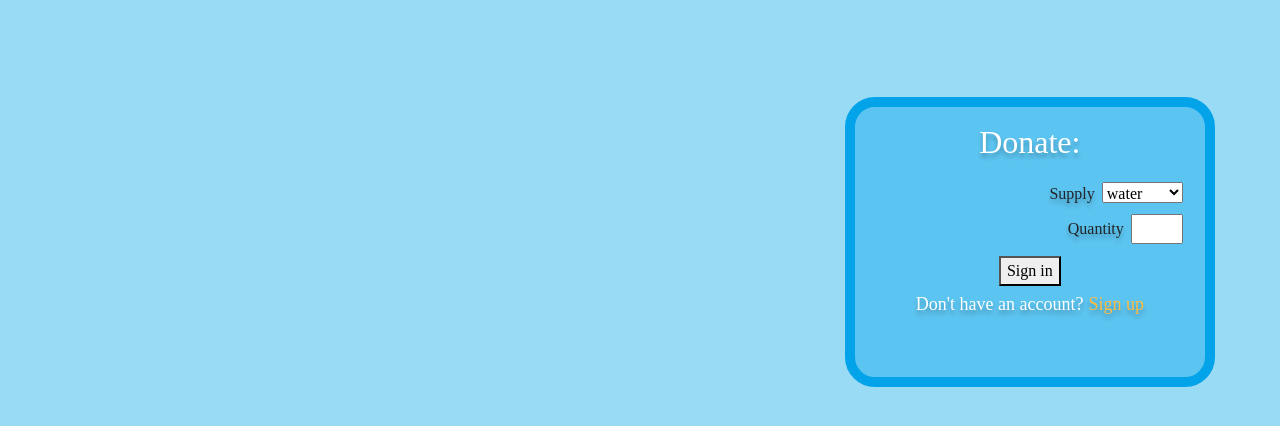
Repository: uprm-inso-4115-2019-2020-S2/semester-project-inso4115-DisasterAid-backend
Page: /donate-modal (app in disaster-aid/)
These files come from the project's save history. The page is drawn as it stood at one moment and after the next save; the edit follows.
The browser window is 1280 px wide. The pictures show the whole page.
The project was rebuilt for these pictures with package versions that can differ from the ones it lists, and the page was loaded fresh each time. Also part of the build but not shown: disaster-aid/angular.json, disaster-aid/src/app/login/login.component.ts, disaster-aid/src/app/register/register.component.ts, disaster-aid/src/app/home/home.component.ts, disaster-aid/src/app/landing-page/landing-page.component.ts, disaster-aid/src/app/donations/donations.component.ts, disaster-aid/src/app/donations.service.ts.

Above is the page before, as saved 2020-05-08 04:22:56.

### disaster-aid/src/index.html
<!doctype html>
<html lang="en">
<head>
  <meta charset="utf-8">
  <title>DisasterAid</title>
  <base href="/">
  <meta name="viewport" content="width=device-width, initial-scale=1">
  <link rel="icon" type="image/x-icon" href="favicon.ico">
</head>
<body>
  <app-root></app-root>
</body>
</html>

### disaster-aid/src/styles.css
/* You can add global styles to this file, and also import other style files */

html { background-color:rgba(2, 163, 232, 0.4); }

### disaster-aid/src/app/app.module.ts
import { BrowserModule } from '@angular/platform-browser';
import { NgModule } from '@angular/core';
import { FormsModule, ReactiveFormsModule } from '@angular/forms';



import { AppRoutingModule } from './app-routing.module';
import { AppComponent } from './app.component';
import { RegisterComponent } from './register/register.component';
import { LoginComponent } from './login/login.component';
import { HttpClientModule } from '@angular/common/http';
import { HomeComponent } from './home/home.component'
import { UserApiService } from './userapi.service';
import { LandingPageComponent } from './landing-page/landing-page.component';
import { DonationsComponent } from './donations/donations.component';


@NgModule({
  declarations: [
    AppComponent,
    RegisterComponent,
    LoginComponent,
    HomeComponent,
    LandingPageComponent,
    DonationsComponent,
  ],
  imports: [
    BrowserModule,
    AppRoutingModule,
    FormsModule,
    ReactiveFormsModule,
    HttpClientModule
  ],
  providers: [UserApiService],
  bootstrap: [AppComponent]
})
export class AppModule { }

### disaster-aid/src/app/app-routing.module.ts
import { NgModule } from '@angular/core';
import { Routes, RouterModule } from '@angular/router';
import {LoginComponent} from './login/login.component';
import { RegisterComponent } from './register/register.component';
import { HomeComponent } from './home/home.component';
import { LandingPageComponent } from './landing-page/landing-page.component';
import { DonationsComponent } from './donations/donations.component';
import { DonateModalComponent} from './donate-modal/donate-modal.component';


const routes: Routes = [
  { path: '', redirectTo: '/landing_page', pathMatch: 'full'}, //Make home the default landing page
  { path: 'register', component: RegisterComponent},
  { path: 'login', component: LoginComponent },
  { path: 'home', component: HomeComponent},
  { path: 'landing_page', component: LandingPageComponent },
  { path: 'my-donations', component: DonationsComponent },
  { path: 'donate-modal', component: DonateModalComponent},

];

@NgModule({
  imports: [RouterModule.forRoot(routes)],
  exports: [RouterModule]
})
export class AppRoutingModule { }

### disaster-aid/src/app/app.component.ts
import { Component } from '@angular/core';

@Component({
  selector: 'app-root',
  templateUrl: './app.component.html',
  styleUrls: ['./app.component.css']
})
export class AppComponent {
  title = 'disaster-aid';
}

### disaster-aid/src/app/userapi.service.ts
import { Injectable } from '@angular/core';
import { HttpClient, HttpErrorResponse, HttpHeaders } from '@angular/common/http';
import { User } from './user';
import { Observable, throwError } from 'rxjs';
import { catchError } from 'rxjs/operators';


@Injectable({
  providedIn: 'root'
})
export class UserApiService {

  constructor(private httpClient:HttpClient) { }

  private _handleError(error: HttpErrorResponse | any) {
    let data = {};
                data = {
                    reason: error && error.error.reason ? error.error.reason : '',
                    status: error.status
                };
                console.error(data);
                return throwError(error);
  }

    public server:String = " http://localhost:5000/";

   public getUsers() : Observable<User[]> {
     return this.httpClient
     .get<User[]>(this.server + "DAD/users")
     .pipe(catchError (this._handleError));
   }

   public getUser(userID : String): Observable<User> {
    return this.httpClient
    .get<User>(this.server + `DAD/users/${userID}`)
    .pipe(catchError (this._handleError));
  }

  public createUser(user: User): Observable<any> {

    const httpOptions = {
      headers: new HttpHeaders ({
        'Content-Type':'application/json',
        'Accept': 'application/json'
      })
    };
    return this.httpClient
    .post(this.server + "DAD/users", user, httpOptions)
    .pipe(catchError (this._handleError));;
  }


}

### disaster-aid/src/app/donate-modal/donate-modal.component.ts
import { Component, OnInit } from '@angular/core';

@Component({
  selector: 'app-donate-modal',
  templateUrl: './donate-modal.component.html',
  styleUrls: ['./donate-modal.component.css']
})
export class DonateModalComponent implements OnInit {

  constructor() { }

  ngOnInit(): void {
  }

}

### disaster-aid/src/app/donate-modal/donate-modal.component.html
<div class="donateBox">
    <p style="font-size: xx-large; text-align: center; padding-top: 3%; color: white;">Donate:</p>
    <!-- <form [formGroup]="loginForm" (ngSubmit)="onSubmit(loginForm.value)"> -->
        <div style="text-align: right; padding-right: 22px;">
            <div>
                <label for="Supply" style="padding-right: 7px;">Supply</label>
                <select id="supply" name="supply">
                    <option value="water">water</option>
                    <option value="food">food</option>
                    <option value="medicine">medicine</option>
                    <option value="clothing">clothing</option>

                </select>
            </div>
            <div>

                <label for="quantity" style="padding-right: 7px;">Quantity</label>
                <input type="number" id="quantity" name="quantity" min="1" max="5">
            </div>
        </div>

        <div style="text-align: center; padding-top: 7px;">
            <button class="button" type="submit">Sign in</button>
        </div>
    <!-- </form> -->

    <div style="text-align: center; padding-top: 5px; font-size: large;">
        <label style="color: white; padding-right: 5px;">Don't have an account?</label>
        <a routerLink="/register" routerLinkActive="active" style="color:#FFBC40 ;">Sign up</a>
    </div>

</div>

### disaster-aid/src/app/donate-modal/donate-modal.component.css
.donateBox {
    position: absolute;
    width: 370px;
    height: 290px;
    left: 66%;
    top: 97px;
    background: rgba(2, 163, 232, 0.4);
    border: 10px solid #02A3E8;
    border-radius: 30px;
    font-family: 'Fredoka One', cursive;
    font-family: 'Gochi Hand', cursive;
    text-shadow: 0px 4px 4px rgba(0, 0, 0, 0.25);
}

Loaded but not shown: disaster-aid/src/main.ts (common file); disaster-aid/src/environments/environment.ts (common file); disaster-aid/src/app/app.component.html (common file); disaster-aid/src/app/app.component.css (no stored copy; drawn as an empty file)

After the next save:
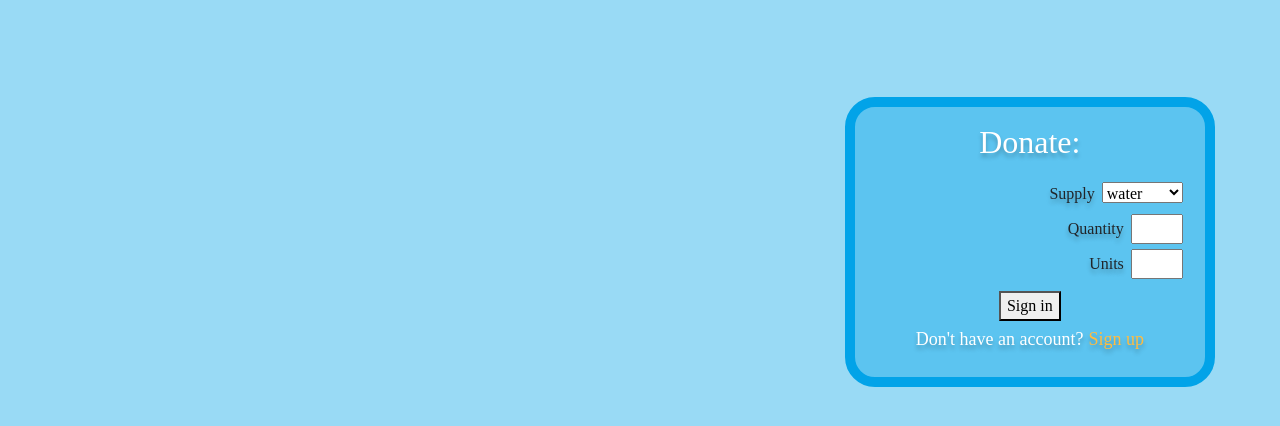
Saved 83 s later.
--- a/disaster-aid/src/app/donate-modal/donate-modal.component.html
+++ b/disaster-aid/src/app/donate-modal/donate-modal.component.html
@@ -13,8 +13,11 @@
                 </select>
             </div>
             <div>
-
                 <label for="quantity" style="padding-right: 7px;">Quantity</label>
+                <input type="number" id="quantity" name="quantity" min="1" max="5">
+            </div>
+            <div>
+                <label for="units" style="padding-right: 7px;">Units</label>
                 <input type="number" id="quantity" name="quantity" min="1" max="5">
             </div>
         </div>
